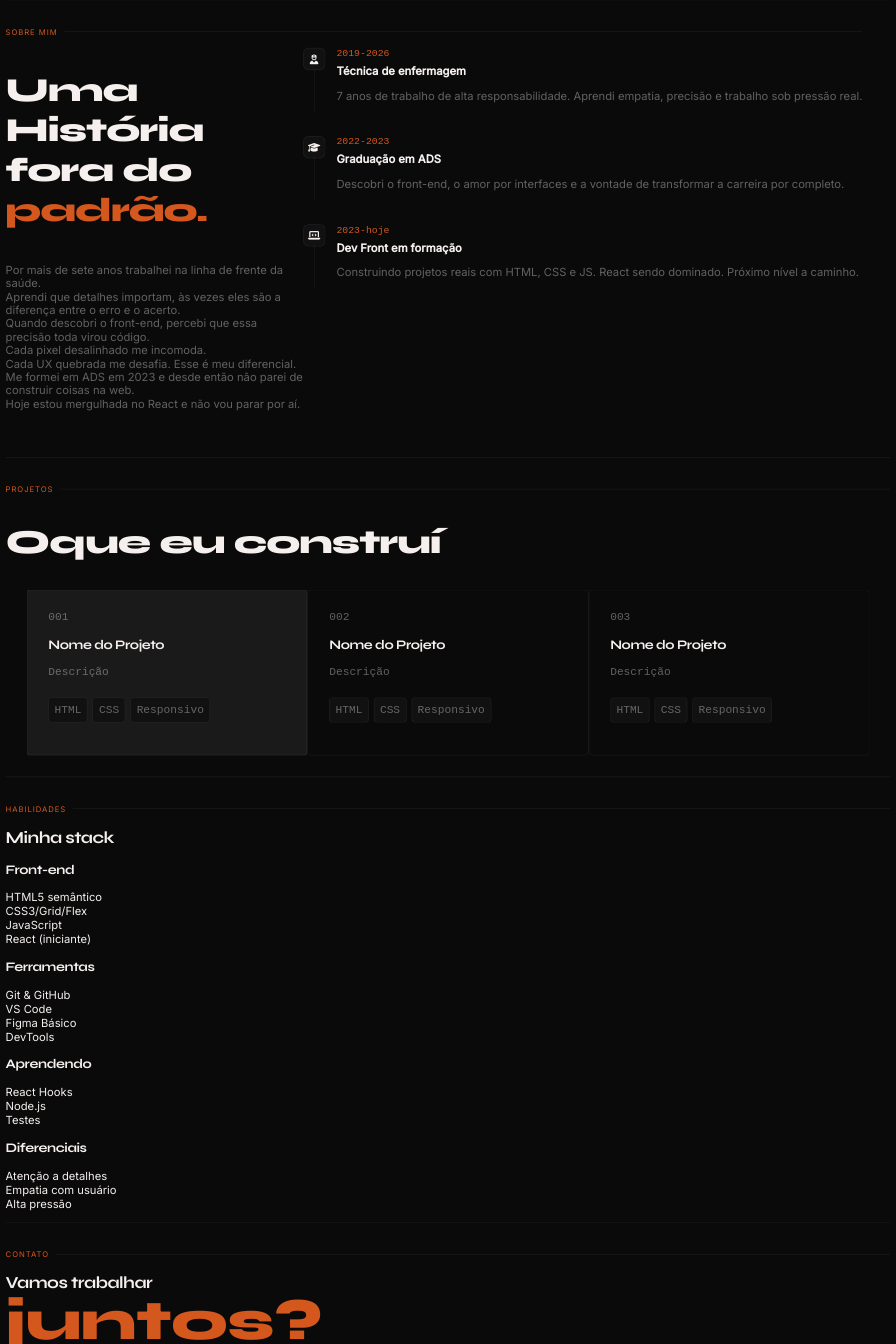
Repository: Bitroia/Portifolio
Page: index.html
An editor plug-in stored every save of this project. The page is shown before and after the next save, followed by the edit.
The browser window is 1280 px wide. The pictures show the part of the page from y = 816 to 2736 px (the page is 2908 px tall), at 70% of full size.
The pointer rests on the first visible `.project-card`.
Some web fonts or font styles are not loaded; a fallback is used.

Above is the page before, as saved 2026-04-29 23:26:50.

### index.html
<!doctype html>
<html lang="pt-br">
  <head>
    <meta charset="UTF-8" />
    <meta name="viewport" content="width=device-width, initial-scale=1.0" />
    <link rel="stylesheet" href="styles/style.css" />
    <script src="scripts/script.js" defer></script>
    <link
      href="https://fonts.googleapis.com/css2?family=Syne:wght@400;700;800&family=Inter:wght@300;400;500&display=swap"
      rel="stylesheet"
    />
    <link
      href="https://fonts.googleapis.com/css2?family=Syne:wght@400;700;800&family=Syne+Mono&family=Inter:wght@300;400;500&display=swap"
      rel="stylesheet"
    />
    <link
      rel="stylesheet"
      href="https://cdnjs.cloudflare.com/ajax/libs/font-awesome/6.5.0/css/all.min.css"
    />
    <title>Meu portifólio</title>
  </head>
  <body>
    <header>
      <nav id="nav-container">
        <h2>vitoria.cardozo</h2>
        <ul id="ul-container">
          <li><a href="#">SOBRE</a></li>
          <li><a href="#">PROJETOS</a></li>
          <li><a href="#">SKILLS</a></li>
          <li><a href="#">CONTATO</a></li>
        </ul>
      </nav>
    </header>
    <main>
      <section id="hero-section">
        <section id="sections-container">
          <section id="introduction-section">
            <div id="available-container">
              <span class="dot-2"></span>
              <p class="available-p">Disponível para oportunidades</p>
            </div>
            <span class="line-1">Front-end</span>
            <span class="line-2">que veio da</span>
            <span class="accent">linha de frente</span>
            <p class="p-introduction">
              Da enfermagem para o código. Construo interfaces <br />
              com a mesma precisão que aprendi cuidando de <br />
              pessoas. ADS 2023. HTML, CSS, JS. React no forno.
            </p>
            <button id="projects-btn">Ver Projetos</button>
            <button id="talk-to-me-btn">Fale comigo</button>
          </section>
          <section id="secondary-section">
            <div id="info-container">
              <div class="terminal-bar">
                <span class="dot red"></span>
                <span class="dot yellow"></span>
                <span class="dot green"></span>
                <span class="terminal-title">perfil.json</span>
              </div>
              <div id="code-info-container">
                <pre><code><span class="t-comment">// desenvolvendo front-end</span>
          {
        <span class="t-key">"nome"</span>: <span class="t-str">"Vitoria Cardozo"</span>,
        <span class="t-key">"stack"</span>: [<span class="t-str">"HTML"</span>, <span class="t-str">"CSS"</span>, <span class="t-str">"JS"</span>, <span class="t-str">"React"</span>],
        <span class="t-key">"formação"</span>: <span class="t-str">"ADS 2023"</span>,
        <span class="t-key">"background"</span>: <span class="t-str">"Enfermagem"</span>,
        <span class="t-key">"status"</span>: <span class="t-const">open_to_work</span>
         }
                </code></pre>
              </div>
            </div>
            <ul class="mini-cards-container">
              <li class="mini-card">
                <span class="num">5+</span>
                <span class="label">Anos desenvolvendo atenção a detalhes</span>
              </li>
              <li class="mini-card">
                <span class="num">ADS</span>
                <span class="label"
                  >Graduação em Análise e desenvolvimento de Sistemas</span
                >
              </li>
              <li class="mini-card">
                <span class="num">3+</span>
                <span class="label">Projetos front-end no portfólio</span>
              </li>
              <li class="mini-card">
                <span class="num">&#8734;</span>
                <span class="label">Vontade de aprender e crescer</span>
              </li>
            </ul>
          </section>
        </section>
      </section>
      <section id="about-me-section">
        <span class="title">Sobre mim</span>
        <section id="history-section">
          <h1 class="font-history">
            <span class="font-history-1">Uma História</span><br />fora do
            <span class="font-history-2">padrão.</span>
          </h1>
          <p>
            Por mais de sete anos trabalhei na linha de frente da saúde. <br />
            Aprendi que detalhes importam, às vezes eles são a diferença entre o
            erro e o acerto. <br />
            Quando descobri o front-end, percebi que essa precisão toda virou
            código. <br />
            Cada pixel desalinhado me incomoda. <br />
            Cada UX quebrada me desafia. Esse é meu diferencial. <br />
            Me formei em ADS em 2023 e desde então não parei de construir coisas
            na web. <br />
            Hoje estou mergulhada no React e não vou parar por aí.
          </p>
        </section>
        <section id="experiences-section">
          <dl class="experiences-list">
            <div class="exp-row">
              <div class="exp-item">
                <div class="box-icon">
                  <i class="fa-solid fa-user-nurse icon"></i>
                </div>
              </div>
              <div class="exp-content">
                <dt class="date-exp">2019-2026</dt>
                <dd class="desc-exp">
                  <strong>Técnica de enfermagem</strong>
                  <p>
                    7 anos de trabalho de alta responsabilidade. Aprendi
                    empatia, precisão e trabalho sob pressão real.
                  </p>
                </dd>
              </div>
            </div>
            <div class="exp-row">
              <div class="exp-item">
                <div class="box-icon">
                  <i class="fa-solid fa-graduation-cap icon"></i>
                </div>
              </div>
              <div class="exp-content">
                <dt class="date-exp">2022-2023</dt>
                <dd class="desc-exp">
                  <strong>Graduação em ADS</strong>
                  <p>
                    Descobri o front-end, o amor por interfaces e a vontade de
                    transformar a carreira por completo.
                  </p>
                </dd>
              </div>
            </div>
            <div class="exp-row">
              <div class="exp-item">
                <div class="box-icon">
                  <i class="fa-solid fa-laptop-code icon"></i>
                </div>
              </div>
              <div class="exp-content">
                <dt class="date-exp">2023-hoje</dt>
                <dd class="desc-exp">
                  <strong>Dev Front em formação</strong>
                  <p>
                    Construindo projetos reais com HTML, CSS e JS. React sendo
                    dominado. Próximo nível a caminho.
                  </p>
                </dd>
              </div>
            </div>
          </dl>
        </section>
      </section>
      <section id="projects-section">
        <span class="title">Projetos</span>
        <h2 class="font-build">Oque eu construí</h2>
        <div id="article-container">
          <article class="project-card">
            <a href="#" class="link-overlay" target="_blank"></a>
            <span class="num-article">001</span>
            <h3>Nome do Projeto</h3>
            <p>Descrição</p>
            <ul class="tech-tags">
              <li>HTML</li>
              <li>CSS</li>
              <li>Responsivo</li>
            </ul>
          </article>
          <article class="project-card">
            <a href="#" class="link-overlay" target="_blank"></a>
            <span class="num-article">002</span>
            <h3>Nome do Projeto</h3>
            <p>Descrição</p>
            <ul class="tech-tags">
              <li>HTML</li>
              <li>CSS</li>
              <li>Responsivo</li>
            </ul>
          </article>
          <article class="project-card">
            <a href="#" class="link-overlay" target="_blank"></a>
            <span class="num-article">003</span>
            <h3>Nome do Projeto</h3>
            <p>Descrição</p>

            <ul class="tech-tags">
              <li>HTML</li>
              <li>CSS</li>
              <li>Responsivo</li>
            </ul>
          </article>
        </div>
      </section>
      <section id="skills-section">
        <span class="title">Habilidades</span>
        <h1>Minha stack</h1>
        <article class="stack-card">
          <h3>Front-end</h3>
          <ul class="stack-ul">
            <li>HTML5 semântico</li>
            <li>CSS3/Grid/Flex</li>
            <li>JavaScript</li>
            <li>React (iniciante)</li>
          </ul>
        </article>
        <article class="stack-card">
          <h3>Ferramentas</h3>
          <ul class="stack-ul">
            <li>Git & GitHub</li>
            <li>VS Code</li>
            <li>Figma Básico</li>
            <li>DevTools</li>
          </ul>
        </article>
        <article class="stack-card">
          <h3>Aprendendo</h3>
          <ul class="stack-ul">
            <li>React Hooks</li>
            <li>Node.js</li>
            <li>Testes</li>
          </ul>
        </article>
        <article class="stack-card">
          <h3>Diferenciais</h3>
          <ul class="stack-ul">
            <li>Atenção a detalhes</li>
            <li>Empatia com usuário</li>
            <li>Alta pressão</li>
          </ul>
        </article>
      </section>
      <section id="go-to-work-section">
        <span class="title">Contato</span>
        <h1>
          Vamos trabalhar
          <span class="accent">juntos?</span>
        </h1>
        <p>
          Aberta a oportunidades, freelas e parcerias. Manda uma mensagem,
          responderei rápido.
        </p>
        <a href="#" class="contact-link">meuemail@email.com</a>
        <a href="#" class="contact-link">in/ LinkedIn</a>
        <a href="#" class="contact-link">gh/ GitHub</a>
      </section>
    </main>
    <footer>
      <p>Data, meu nome</p>
      <p>built with HTML, CSS & determinação</p>
    </footer>
  </body>
</html>

### styles/style.css
:root {
  --fundo-geral: #0a0a0a;
  --fundo-cards: #111111;
  --hovers: #d8b5b5;
  --text: #f5f0ee;
  --second-text: #f5f0ee61;
  --dark-text: #050202;
  --accent: #d4571e;
  --accent-hover: #ff6a2a;
  --border: #f5f0ee12;
  --t-str: #7dd3fc;
  --t-comment: #5a6a1f;
  --font-title: "Syne", sans-serif;
  --font-body: "Inter", sans-serif;
  --font-mono: 'Syne Mono', monospace;
}
@keyframes pulse {
  0%,
  100% {
    opacity: 1;
    transform: scale(1);
  }
  50% {
    opacity: 0.4;
    transform: scale(1.5);
  }
}
* {
  padding: 0;
}

h1,
h2,
h3 {
  font-weight: 600;
  letter-spacing: -0.03em;
  color: var(--text);
  font-family: var(--font-title);
}

.line-1,
.accent {
  font-family: var(--font-title);
  font-weight: 800;
}

.font-history {
  font-size: 3rem;
  font-weight: 800;
}

.font-history-2 {
  color: var(--accent);
}

p {
  color: var(--second-text);
  line-height: 1.2;
}

.title {
  display: flex;
  align-items: center;
  gap: 10px;
  width: 100%;
}
.title::after {
  content: "";
  flex: 1;
  height: 1px;
  background-color: var(--border);
}

body {
  background-color: var(--fundo-geral);
  color: var(--text);
  font-family: var(--font-body);
  font-weight: 400;
}

/* Header */

header {
  border-bottom: 1px solid var(--border);
}

#nav-container {
  display: flex;
  justify-content: space-between;
  padding: 0.5px;
}

#ul-container {
  display: flex;
  list-style: none;
  gap: 1rem;
}

#ul-container a {
  text-decoration: none;
  color: var(--second-text);
  font-size: 13px;
  transition: 0.5s;
}

#ul-container a:hover {
  color: var(--hovers);
}

/* Apresentação */

#available-container {
  display: flex;
  flex-direction: row;
  align-items: center;
  gap: 8px;
}

.line-1 {
  color: var(--text);
  display: block;
  font-size: 5rem;
  width: 100%;
  line-height: 1;
}

.line-2 {
  color: var(--second-text);
  display: block;
  font-size: 4rem;
  width: 100%;
  display: inline-block;
  line-height: 1;
}

.accent {
  color: var(--accent);
  font-size: 5rem;
  display: block;
  line-height: 1;
}

.available-p {
  color: var(--accent);
}

/* Cards */

#info-container {
  display: flex;
  flex-direction: column;
  width: 700px;
  border-radius: 5px;
}

.terminal-bar {
  display: flex;
  gap: 8px;
  align-items: center;
  padding: 10px 14px;
  background-color: #181818;
  border-bottom: 2px solid var(--fundo-cards);
  border-radius: 5px;
  margin-bottom: 0;
}
.dot-2 {
  background-color: #ccff00;
  animation: pulse 2s ease-in-out infinite;
  width: 5px;
  height: 5px;
  border-radius: 50%;
  display: inline-block;
}

.dot {
  width: 8px;
  height: 8px;
  border-radius: 50%;
  display: inline-block;
}

.dot.red {
  background-color: #ff5f57;
}
.dot.yellow {
  background: #ffbd2e;
}
.dot.green {
  background: #28c840;
}

.terminal-title {
  font-family: var(--font-mono);
  font-size: 11px;
  color: var(--second-text);
  margin: 0 auto;
}

#code-info-container {
  color: var(--second-text);
  background-color: var(--fundo-cards);
  border-radius: 3px;
  font-size: 12px;
  line-height: 2;
  height: 210px;
}

#code-info-container pre {
  margin: 0;
  padding: 1rem;
  white-space: pre; /* mantém a formatação do código */
  max-width: 100%; /* não vaza do pai */
}

.t-comment {
  color: var(--t-comment);
}

.t-key {
  color: var(--accent);
}

.t-str {
  color: var(--t-str);
}
/* Sessões */

#hero-section {
  padding: 0 40px 50px 0;
  margin-top: 3%;
  border-bottom: 1px solid var(--border);
}

#introduction-section {
  flex: 1;
}

#introduction-section .p-introduction {
  border-left: var(--accent) 2px solid;
  padding-left: 12px;
}

#secondary-section {
  width: 700px;
  height: 550px;
}

.mini-cards-container {
  display: grid;
  grid-template-columns: repeat(2, 1fr);
  gap: 16px;
  width: 700px;
}

.mini-card {
  display: flex;
  border: 1px solid var(--border);
  padding: 30px;
  list-style: none;
  text-align: center;
  flex-direction: column;
  border-radius: 5px;
  flex: 0 0 calc(50% - 8px);
  background-color: var(--fundo-cards);
}

.num {
  color: var(--accent);
  font-family: var(--font-title);
  font-size: 23px;
  font-weight: 800;
  letter-spacing: -0.03em;
  margin-bottom: 6px;
  text-align: left;
}

.mini-card .label {
  color: var(--second-text);
  text-align: left;
  margin-top: 5px;
  font-size: 16px;
  font-family: var(--font-mono);
}

#sections-container {
  display: flex;
  gap: 40px;
  margin-top: 3%;
  padding: 0 40px;
}

#introduction-section p {
  justify-self: left;
  display: block;
}

#about-me-section {
  padding: 0 40px 50px 0;
  margin-top: 3%;
  border-bottom: 1px solid var(--border);
  display: flex;
  flex-wrap: wrap;
}

.title,
.available-p {
  font-family: var(--mono);
  font-size: 11px;
  letter-spacing: 0.12em;
  text-transform: uppercase;
  color: var(--accent);
  display: flex;
  align-items: center;
  gap: 10px;
}

#history-section {
  flex: 1;
}

.date-exp {
  color: var(--accent);
  font-family: var(--font-mono);
  font-size: 14px;
  margin-bottom: 3px;
}

.experiences-list {
  display: flex;
  flex-direction: column;
  gap: 32px; /* espaço entre cada experiência */
}

.exp-item {
  position: relative;
}

.exp-content {
  display: flex;
  flex-direction: column;
}

.desc-exp {
  margin: 4px 0 0 0;
}

.box-icon {
  position: relative;
  flex-shrink: 0; /* impede o ícone de encolher */
  display: flex;
  align-items: center;
  border: 1px solid var(--border);
  justify-content: center;
  width: 30px;
  height: 30px;
  border-radius: 8px;
  background-color: var(--fundo-cards);
}

.icon {
  font-size: 14px;
}

.exp-item:not(:last-child) .box-icon::after {
  content: "";
  position: absolute;
  top: 100%;
  left: 50%;
  transform: translateX(-50%);
  width: 1px;
  height: 60px;
  background-color: var(--border);
}

/* Linha do tempo */

.exp-row {
  display: flex;
  gap: 16px;
  align-items: flex-start;
}

#projects-section {
  margin-top: 3%;
  border-bottom: 1px solid var(--border);
}

.font-build{
  font-size: 3rem;
  font-weight: 800;
}

#article-container{
  display: flex;
  margin: 30px;
  font-family: var(--font-mono);
}

.project-card{
  border: 1px solid var(--border);
  padding: 30px;
  width: 90%;
  text-align: left;
  border-radius: 5px;
  cursor: pointer;
  position: relative;
  overflow: hidden;
}

.project-card::before{
  content: '';
  position: absolute;
  top: 0;
  left: 0;
  right: 0;
  height: 2px;
  background: var(--accent);
  transform: scaleX(0);
  transform-origin: left;
  transition: transform 0.2s ease;
}

.project-card:hover{
  background-color: var(--border);
}

.link-overlay{
  position: absolute;
  inset: 0;
}

.num-article{
  color: var(--second-text);
  font-family: var(--font-mono);
}

.tech-tags{
  list-style: none;
  display: flex;
  gap: 7px;
}

.tech-tags li{
  border: 1px solid var(--border);
  text-align: center;
  background-color: var(--fundo-cards);
  border-radius: 5px;
  padding: 8px;
  color: var(--second-text);
  margin-top: 10px;
}

#skills-section {
  margin-top: 3%;
  border-bottom: 1px solid var(--border);
}

#go-to-work-section {
  margin-top: 3%;
  border-bottom: 1px solid var(--border);
}
/* Botões */

#projects-btn {
  background-color: var(--accent);
  padding: 10px;
  border-radius: 5px;
  border: none;
  color: var(--dark-text);
  font-size: 1rem;
  font-weight: 600;
  text-align: center;
  transition: transform 0.2s ease;
}

#talk-to-me-btn {
  background-color: var(--fundo-cards);
  padding: 10px;
  border-radius: 5px;
  border: 1px solid var(--second-text);
  color: var(--second-text);
  margin-left: 7px;
  font-weight: 600;
  text-align: center;
  font-size: 1rem;
  transition: transform 0.2s ease;
}

#projects-btn:hover {
  background-color: var(--accent-hover);
  box-shadow:
    0 0 10px rgba(212, 87, 30, 0.6),
    0 0 20px rgba(212, 87, 30, 0.4);
  transform: translateY(-2px);
}

#talk-to-me-btn:hover {
  background-color: var(--fundo-geral);
  color: var(--accent);
  border: 1px solid var(--accent);
  transform: translateY(-3px);
}

Loaded but not shown: scripts/script.js (no stored copy; drawn as an empty file)

After the next save:
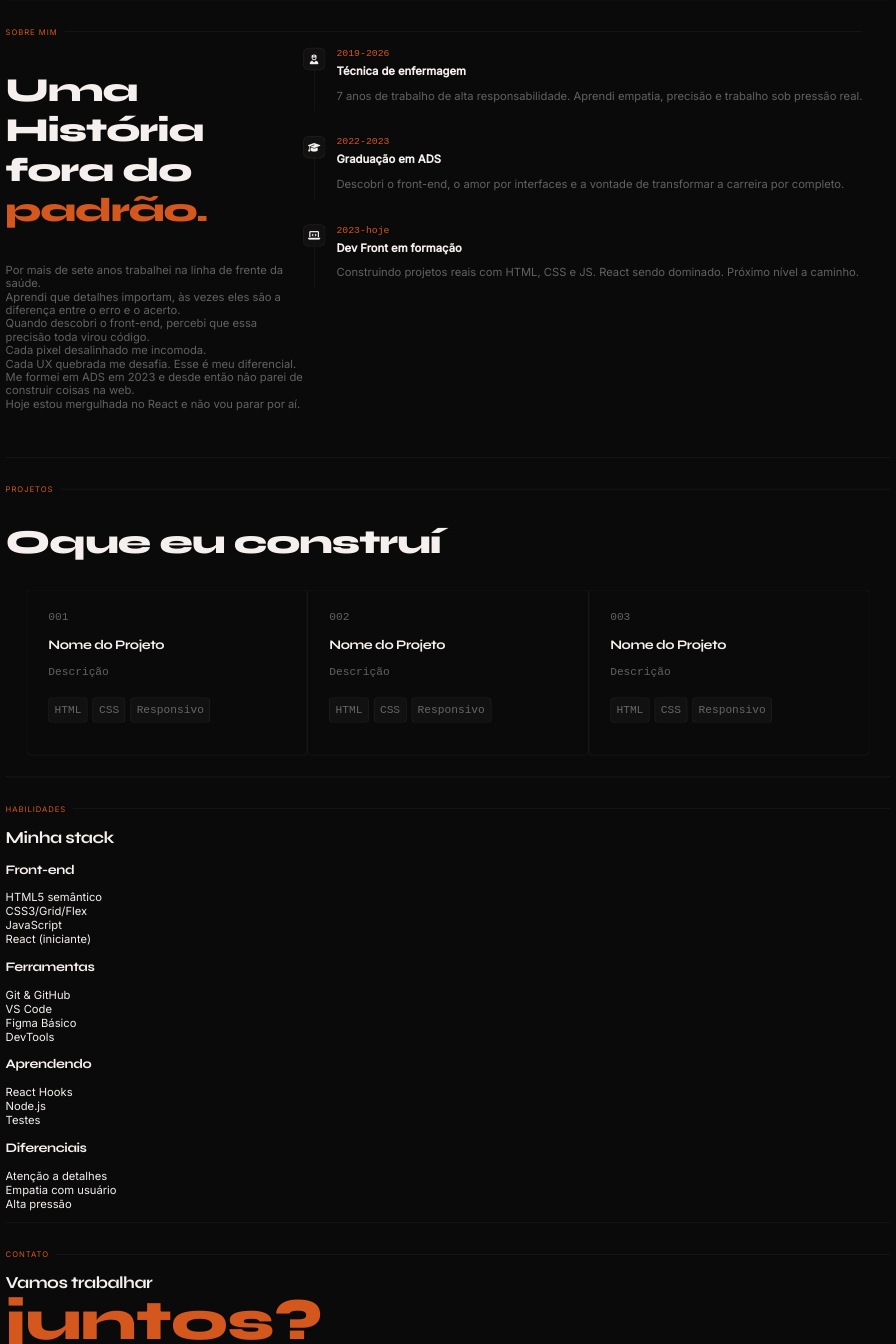
Saved 7 s later.
--- a/styles/style.css
+++ b/styles/style.css
@@ -420,7 +420,7 @@ header {
   transition: transform 0.2s ease;
 }
 
-.project-card:hover{
+.project-card:hover::before{
   background-color: var(--border);
 }
 
